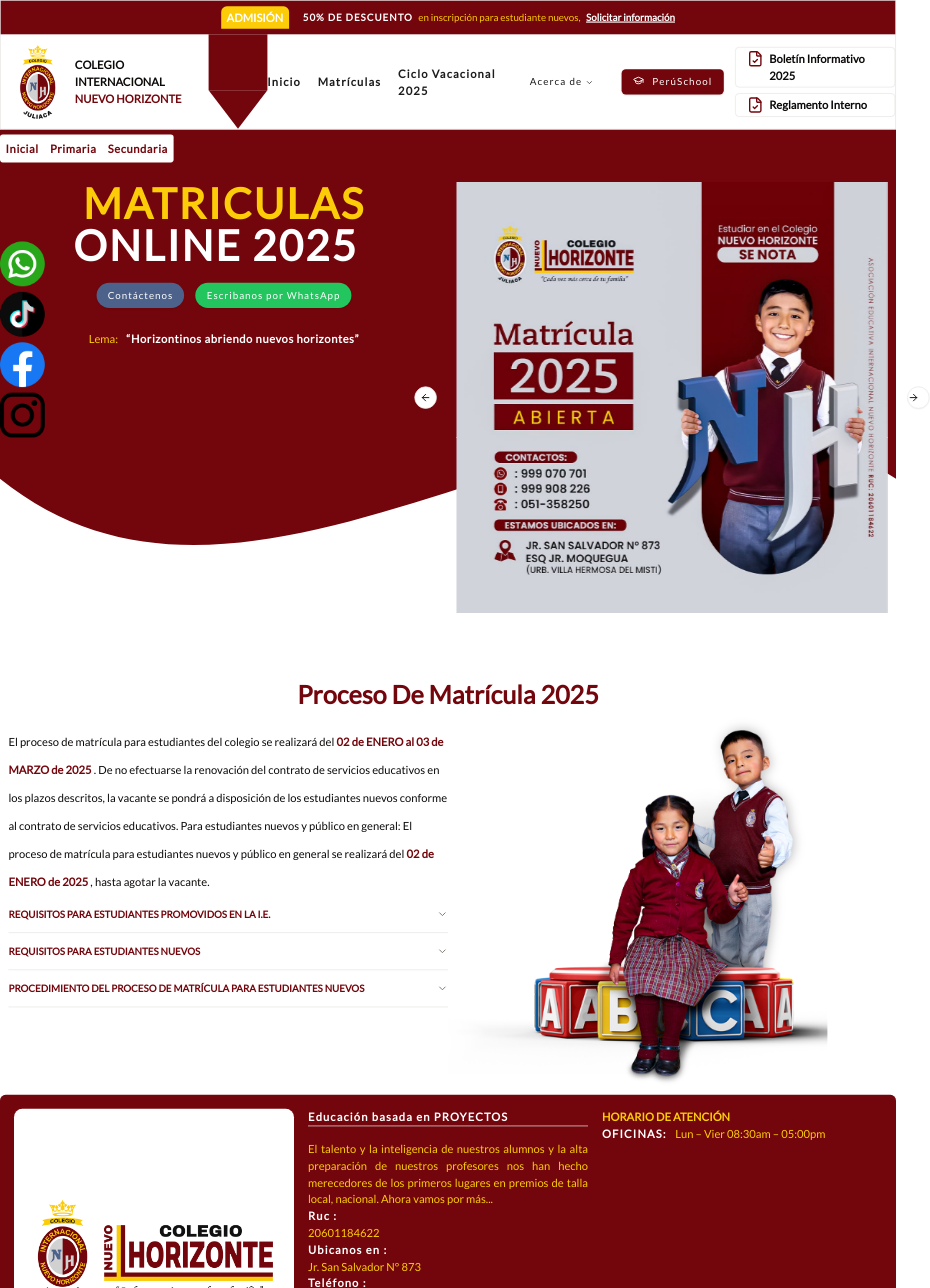
Repository: jefrydep/new_horizont_school
Page: /newstudent
An editor plug-in stored every save of this project. The page is shown before and after the next save, followed by the edit.
The browser window is 1280 px wide. The page is 1328 px wide, so the pictures cover 1328 px, including what lies to the right of the window. The pictures show the part of the page from y = 0 to 1840 px (the page is 2044 px tall before and 2624 px after), at 70% of full size.
The project was rebuilt for these pictures with package versions that can differ from the ones it lists, and the page was loaded fresh each time. The framework's server and built-in components were replaced by stand-ins that run in the browser. Also part of the build but not shown: next.config.ts.

Above is the page before, as saved 2024-11-28 21:24:54.

### src/app/layout.tsx
import type { Metadata } from "next";
import "./globals.css";
import Navbar from "@/components/Navbar";
import Footer from "@/components/Footer";


import { Lato } from 'next/font/google'

const lato = Lato({
  weight: '400',
  subsets: ['latin'],
  display: 'swap',
})

export const metadata: Metadata = {
  title: "COLEGIO INTERNACIONAL NUEVO HORIZONTE - JULIACA",
  description: "el mejor colegio de JULIACA,Colegio internacional nuevo horizonte",
};

export default function RootLayout({
  children,
}: Readonly<{
  children: React.ReactNode;
}>) {
  return (
    <html lang="es">

      <body
        className={` ${lato.className} antialiased `}
      >

        <div className="">
          <Navbar />
        </div>
        <main className="   ">

          {children}
          <div className="flex flex-col fixed  bottom-2     z-50   sm:top-1/2  gap-2">
            <a href="https://wa.me/+51999070701?text=Me%20gustar%C3%ADa%20recibir%20m%C3%A1s%20informaci%C3%B3n%20sobre%20el%20proceso%20de%20matr%C3%ADcula,%20requisitos%20y%20fechas%20importantes.%20Agradecer%C3%ADa%20su%20orientaci%C3%B3n%20para%20poder%20completar%20mi%20inscripci%C3%B3n%20de%20manera%20adecuada.%0A%0AQuedo%20atento%20a%20su%20respuesta.%0A%0ASaludos%20cordiales,%0A" target="_blank">
              {/* Solicitar información */}
              <img src="/whatsapp.png" alt="" className=" animate-bounce h-11  sm:h-16" />
            </a>

            <a href="https://www.tiktok.com/@colegionuevohorizonte" target="_blank">
              {/* Solicitar información */}
              <img src="/tik-tok.png" alt="" className=" animate-bounce h-11  sm:h-16 " />
            </a>
            <a href="https://www.facebook.com/internuevohorizonte  " target="_blank">
              {/* Solicitar información */}
              <img src="/facebook.png" alt="" className=" animate-bounce h-11  sm:h-16 " />
            </a>
            <a href="https://www.instagram.com/colegionuevohorizontejuliaca" target="_blank">
              {/* Solicitar información */}
              <img src="/instagram.png" alt="" className=" animate-bounce h-11  sm:h-16" />
            </a>
          </div>
        </main>
        <Footer />
      </body>
    </html>
  );
}

### src/app/newstudent/page.tsx
import Hero from "@/components/Hero";
import RegisterCard from "@/components/RegisterCard";

import Form from "@/components/Form";


export default function NewStudentPage() {
  return (
    <div>
        <Hero colorWave="#fff" title="MATRICULAS" subtitle="ONLINE 2025"  />
        <RegisterCard title="Proceso De Matrícula 2025"/>
    </div>
  )
}

### src/app/globals.css
@tailwind base;
@tailwind components;
@tailwind utilities;

body {
  font-family: Arial, Helvetica, sans-serif;
}

@layer base {
  :root {
    --background: 0 0% 100%;
    --foreground: 20 14.3% 4.1%;
    --card: 0 0% 100%;
    --card-foreground: 20 14.3% 4.1%;
    --popover: 0 0% 100%;
    --popover-foreground: 20 14.3% 4.1%;
    --primary: 24 9.8% 10%;
    --primary-foreground: 60 9.1% 97.8%;
    --secondary: 60 4.8% 95.9%;
    --secondary-foreground: 24 9.8% 10%;
    --muted: 60 4.8% 95.9%;
    --muted-foreground: 25 5.3% 44.7%;
    --accent: 60 4.8% 95.9%;
    --accent-foreground: 24 9.8% 10%;
    --destructive: 0 84.2% 60.2%;
    --destructive-foreground: 60 9.1% 97.8%;
    --border: 20 5.9% 90%;
    --input: 20 5.9% 90%;
    --ring: 20 14.3% 4.1%;
    --chart-1: 12 76% 61%;
    --chart-2: 173 58% 39%;
    --chart-3: 197 37% 24%;
    --chart-4: 43 74% 66%;
    --chart-5: 27 87% 67%;
    --radius: 0.5rem;
  }
  .dark {
    --background: 20 14.3% 4.1%;
    --foreground: 60 9.1% 97.8%;
    --card: 20 14.3% 4.1%;
    --card-foreground: 60 9.1% 97.8%;
    --popover: 20 14.3% 4.1%;
    --popover-foreground: 60 9.1% 97.8%;
    --primary: 60 9.1% 97.8%;
    --primary-foreground: 24 9.8% 10%;
    --secondary: 12 6.5% 15.1%;
    --secondary-foreground: 60 9.1% 97.8%;
    --muted: 12 6.5% 15.1%;
    --muted-foreground: 24 5.4% 63.9%;
    --accent: 12 6.5% 15.1%;
    --accent-foreground: 60 9.1% 97.8%;
    --destructive: 0 62.8% 30.6%;
    --destructive-foreground: 60 9.1% 97.8%;
    --border: 12 6.5% 15.1%;
    --input: 12 6.5% 15.1%;
    --ring: 24 5.7% 82.9%;
    --chart-1: 220 70% 50%;
    --chart-2: 160 60% 45%;
    --chart-3: 30 80% 55%;
    --chart-4: 280 65% 60%;
    --chart-5: 340 75% 55%;
  }
}

@layer base {
  * {
    @apply border-border;
  }
  body {
    @apply bg-background text-foreground;
  }
}
@keyframes slideDown {
  0% {
    transform: translateY(-20px);
    opacity: 0;
  }
  100% {
    transform: translateY(0);
    opacity: 1;
  }
}

.animate-slide-down {
  animation: slideDown 1s ease-out forwards;
}

/* Animación con retraso para un efecto de secuencia */
.animate-slide-down-delay-1 {
  animation: slideDown 1s ease-out forwards;
  animation-delay: 0.3s; /* Retraso para el primer texto */
}

.animate-slide-down-delay-2 {
  animation: slideDown 1s ease-out forwards;
  animation-delay: 0.6s; /* Retraso para el segundo texto */
}

### src/components/Footer.tsx

export default function Footer() {
    return (
        <div className=" bg-title rounded-t-lg pb-2 ">
            <footer className="container m-auto ">

                <div className="grid p-4 sm:p-5  sm:grid-cols-3 gap-5">
                    <div className="text-subtitle flex justify-center sm:block bg-white rounded-xl font-bold">


                        <img src="/LOGO.png" alt="Logo nuevo horizonte" className="   " />

                    </div>
                    <div>
                        <span className="text-white font-bold tracking-widest">

                            Educación basada en  PROYECTOS
                        </span>
                        <hr />
                        <div>
                            <p className="text-justify mt-5 text-subtitle">
                                El talento y la inteligencia de nuestros alumnos y la alta preparación de nuestros profesores nos han hecho merecedores de los primeros lugares en premios de talla local, nacional. Ahora vamos por más...
                            </p>
                        </div>
                        <div>
                            <div className="text-white font-bold tracking-widest">


                                Ruc :
                            </div>
                            <div>
                                <span className="text-subtitle">20601184622</span>

                            </div>
                            <div className="text-white font-bold tracking-widest">


                                Ubicanos en :
                            </div>
                            <div>
                                <span className="text-subtitle">Jr. San Salvador N° 873</span>

                            </div>
                            <div className="text-white font-bold tracking-widest">


                                Teléfono :
                            </div>
                            <div className="text-subtitle">
                                <span>051-358250</span>

                            </div>
                            <div className="text-white font-bold tracking-widest">


                                WhatsApp :
                            </div>
                            <div className="text-subtitle">
                                <span>999070701</span>

                            </div>
                            <div className="text-white font-bold tracking-widest">


                                Correo :
                            </div>
                            <div className="text-subtitle">
                                <span> colegionuevohorizontejuliaca@gmail.com</span>

                            </div>

                        </div>
                    </div>

                    <div>
                        <h6 className="text-subtitle font-bold">HORARIO DE ATENCIÓN</h6>
                        <div>
                            <span className="text-white mr-3 font-bold tracking-widest">

                                OFICINAS:
                            </span>
                            <span className="text-subtitle">
                                Lun – Vier         08:30am – 05:00pm
                            </span>
                        </div>

                    </div>
                </div>
                <div className="text-center text-gray-100 text-xs mt-4" >
                    <span className="">
                        © 2025 Todos los derechos reservados. Design by jefrysoftdev@gmail.com
                    </span>
                </div>
            </footer>
        </div>
    )
}

### src/components/ui/button.tsx
import * as React from "react"
import { Slot } from "@radix-ui/react-slot"
import { cva, type VariantProps } from "class-variance-authority"

import { cn } from "@/lib/utils"

const buttonVariants = cva(
  "inline-flex items-center justify-center gap-2 whitespace-nowrap rounded-md text-sm font-medium transition-colors focus-visible:outline-none focus-visible:ring-1 focus-visible:ring-ring disabled:pointer-events-none disabled:opacity-50 [&_svg]:pointer-events-none [&_svg]:size-4 [&_svg]:shrink-0",
  {
    variants: {
      variant: {
        default:
          "bg-primary text-primary-foreground shadow hover:bg-primary/90",
        destructive:
          "bg-destructive text-destructive-foreground shadow-sm hover:bg-destructive/90",
        outline:
          "border border-input bg-background shadow-sm hover:bg-accent hover:text-accent-foreground",
        secondary:
          "bg-secondary text-secondary-foreground shadow-sm hover:bg-secondary/80",
        ghost: "hover:bg-accent hover:text-accent-foreground",
        link: "text-primary underline-offset-4 hover:underline",
      },
      size: {
        default: "h-9 px-4 py-2",
        sm: "h-8 rounded-md px-3 text-xs",
        lg: "h-10 rounded-md px-8",
        icon: "h-9 w-9",
      },
    },
    defaultVariants: {
      variant: "default",
      size: "default",
    },
  }
)

export interface ButtonProps
  extends React.ButtonHTMLAttributes<HTMLButtonElement>,
    VariantProps<typeof buttonVariants> {
  asChild?: boolean
}

const Button = React.forwardRef<HTMLButtonElement, ButtonProps>(
  ({ className, variant, size, asChild = false, ...props }, ref) => {
    const Comp = asChild ? Slot : "button"
    return (
      <Comp
        className={cn(buttonVariants({ variant, size, className }))}
        ref={ref}
        {...props}
      />
    )
  }
)
Button.displayName = "Button"

export { Button, buttonVariants }

### src/components/ui/sheet.tsx
"use client"

import * as React from "react"
import * as SheetPrimitive from "@radix-ui/react-dialog"
import { cva, type VariantProps } from "class-variance-authority"
import { X } from "lucide-react"

import { cn } from "@/lib/utils"

const Sheet = SheetPrimitive.Root

const SheetTrigger = SheetPrimitive.Trigger

const SheetClose = SheetPrimitive.Close

const SheetPortal = SheetPrimitive.Portal

const SheetOverlay = React.forwardRef<
  React.ElementRef<typeof SheetPrimitive.Overlay>,
  React.ComponentPropsWithoutRef<typeof SheetPrimitive.Overlay>
>(({ className, ...props }, ref) => (
  <SheetPrimitive.Overlay
    className={cn(
      "fixed inset-0 z-50 bg-black/80  data-[state=open]:animate-in data-[state=closed]:animate-out data-[state=closed]:fade-out-0 data-[state=open]:fade-in-0",
      className
    )}
    {...props}
    ref={ref}
  />
))
SheetOverlay.displayName = SheetPrimitive.Overlay.displayName

const sheetVariants = cva(
  "fixed z-50 gap-4 bg-background p-6 shadow-lg transition ease-in-out data-[state=closed]:duration-300 data-[state=open]:duration-500 data-[state=open]:animate-in data-[state=closed]:animate-out",
  {
    variants: {
      side: {
        top: "inset-x-0 top-0 border-b data-[state=closed]:slide-out-to-top data-[state=open]:slide-in-from-top",
        bottom:
          "inset-x-0 bottom-0 border-t data-[state=closed]:slide-out-to-bottom data-[state=open]:slide-in-from-bottom",
        left: "inset-y-0 left-0 h-full w-3/4 border-r data-[state=closed]:slide-out-to-left data-[state=open]:slide-in-from-left sm:max-w-sm",
        right:
          "inset-y-0 right-0 h-full w-3/4 border-l data-[state=closed]:slide-out-to-right data-[state=open]:slide-in-from-right sm:max-w-sm",
      },
    },
    defaultVariants: {
      side: "right",
    },
  }
)

interface SheetContentProps
  extends React.ComponentPropsWithoutRef<typeof SheetPrimitive.Content>,
    VariantProps<typeof sheetVariants> {}

const SheetContent = React.forwardRef<
  React.ElementRef<typeof SheetPrimitive.Content>,
  SheetContentProps
>(({ side = "right", className, children, ...props }, ref) => (
  <SheetPortal>
    <SheetOverlay />
    <SheetPrimitive.Content
      ref={ref}
      className={cn(sheetVariants({ side }), className)}
      {...props}
    >
      <SheetPrimitive.Close className="absolute right-4 top-4 rounded-sm opacity-70 ring-offset-background transition-opacity hover:opacity-100 focus:outline-none focus:ring-2 focus:ring-ring focus:ring-offset-2 disabled:pointer-events-none data-[state=open]:bg-secondary">
        <X className="h-4 w-4" />
        <span className="sr-only">Close</span>
      </SheetPrimitive.Close>
      {children}
    </SheetPrimitive.Content>
  </SheetPortal>
))
SheetContent.displayName = SheetPrimitive.Content.displayName

const SheetHeader = ({
  className,
  ...props
}: React.HTMLAttributes<HTMLDivElement>) => (
  <div
    className={cn(
      "flex flex-col space-y-2 text-center sm:text-left",
      className
    )}
    {...props}
  />
)
SheetHeader.displayName = "SheetHeader"

const SheetFooter = ({
  className,
  ...props
}: React.HTMLAttributes<HTMLDivElement>) => (
  <div
    className={cn(
      "flex flex-col-reverse sm:flex-row sm:justify-end sm:space-x-2",
      className
    )}
    {...props}
  />
)
SheetFooter.displayName = "SheetFooter"

const SheetTitle = React.forwardRef<
  React.ElementRef<typeof SheetPrimitive.Title>,
  React.ComponentPropsWithoutRef<typeof SheetPrimitive.Title>
>(({ className, ...props }, ref) => (
  <SheetPrimitive.Title
    ref={ref}
    className={cn("text-lg font-semibold text-foreground", className)}
    {...props}
  />
))
SheetTitle.displayName = SheetPrimitive.Title.displayName

const SheetDescription = React.forwardRef<
  React.ElementRef<typeof SheetPrimitive.Description>,
  React.ComponentPropsWithoutRef<typeof SheetPrimitive.Description>
>(({ className, ...props }, ref) => (
  <SheetPrimitive.Description
    ref={ref}
    className={cn("text-sm text-muted-foreground", className)}
    {...props}
  />
))
SheetDescription.displayName = SheetPrimitive.Description.displayName

export {
  Sheet,
  SheetPortal,
  SheetOverlay,
  SheetTrigger,
  SheetClose,
  SheetContent,
  SheetHeader,
  SheetFooter,
  SheetTitle,
  SheetDescription,
}

### src/components/ui/accordion.tsx
"use client"

import * as React from "react"
import * as AccordionPrimitive from "@radix-ui/react-accordion"
import { ChevronDown } from "lucide-react"

import { cn } from "@/lib/utils"

const Accordion = AccordionPrimitive.Root

const AccordionItem = React.forwardRef<
  React.ElementRef<typeof AccordionPrimitive.Item>,
  React.ComponentPropsWithoutRef<typeof AccordionPrimitive.Item>
>(({ className, ...props }, ref) => (
  <AccordionPrimitive.Item
    ref={ref}
    className={cn("border-b", className)}
    {...props}
  />
))
AccordionItem.displayName = "AccordionItem"

const AccordionTrigger = React.forwardRef<
  React.ElementRef<typeof AccordionPrimitive.Trigger>,
  React.ComponentPropsWithoutRef<typeof AccordionPrimitive.Trigger>
>(({ className, children, ...props }, ref) => (
  <AccordionPrimitive.Header className="flex">
    <AccordionPrimitive.Trigger
      ref={ref}
      className={cn(
        "flex flex-1 items-center justify-between py-4 text-sm font-medium transition-all hover:underline text-left [&[data-state=open]>svg]:rotate-180",
        className
      )}
      {...props}
    >
      {children}
      <ChevronDown className="h-4 w-4 shrink-0 text-muted-foreground transition-transform duration-200" />
    </AccordionPrimitive.Trigger>
  </AccordionPrimitive.Header>
))
AccordionTrigger.displayName = AccordionPrimitive.Trigger.displayName

const AccordionContent = React.forwardRef<
  React.ElementRef<typeof AccordionPrimitive.Content>,
  React.ComponentPropsWithoutRef<typeof AccordionPrimitive.Content>
>(({ className, children, ...props }, ref) => (
  <AccordionPrimitive.Content
    ref={ref}
    className="overflow-hidden text-sm data-[state=closed]:animate-accordion-up data-[state=open]:animate-accordion-down"
    {...props}
  >
    <div className={cn("pb-4 pt-0", className)}>{children}</div>
  </AccordionPrimitive.Content>
))
AccordionContent.displayName = AccordionPrimitive.Content.displayName

export { Accordion, AccordionItem, AccordionTrigger, AccordionContent }

### tailwind.config.ts
import type { Config } from "tailwindcss";

export default {
	darkMode: ["class"],
	content: [
		"./src/pages/**/*.{js,ts,jsx,tsx,mdx}",
		"./src/components/**/*.{js,ts,jsx,tsx,mdx}",
		"./src/app/**/*.{js,ts,jsx,tsx,mdx}",
	],
	theme: {
    	extend: {
    		colors: {
    			background: 'hsl(var(--background))',
    			foreground: 'hsl(var(--foreground))',
    			card: {
    				DEFAULT: 'hsl(var(--card))',
    				foreground: 'hsl(var(--card-foreground))'
    			},
    			popover: {
    				DEFAULT: 'hsl(var(--popover))',
    				foreground: 'hsl(var(--popover-foreground))'
    			},
    			primary: {
    				DEFAULT: '#4c628a'
    			},
    			secondary: {
    				DEFAULT: '#1c1c1c'
    			},
    			backgroundGray: {
    				DEFAULT: '#d1d1d1'
    			},
				title:{
					DEFAULT:"#73060C"
				},
				subtitle:{
					DEFAULT:"#fbcc07"
				},
    			muted: {
    				DEFAULT: 'hsl(var(--muted))',
    				foreground: 'hsl(var(--muted-foreground))'
    			},
    			accent: {
    				DEFAULT: 'hsl(var(--accent))',
    				foreground: 'hsl(var(--accent-foreground))'
    			},
    			destructive: {
    				DEFAULT: 'hsl(var(--destructive))',
    				foreground: 'hsl(var(--destructive-foreground))'
    			},
    			border: 'hsl(var(--border))',
    			input: 'hsl(var(--input))',
    			ring: 'hsl(var(--ring))',
    			chart: {
    				'1': 'hsl(var(--chart-1))',
    				'2': 'hsl(var(--chart-2))',
    				'3': 'hsl(var(--chart-3))',
    				'4': 'hsl(var(--chart-4))',
    				'5': 'hsl(var(--chart-5))'
    			}
    		},
    		borderRadius: {
    			lg: 'var(--radius)',
    			md: 'calc(var(--radius) - 2px)',
    			sm: 'calc(var(--radius) - 4px)'
    		},
    		keyframes: {
    			'accordion-down': {
    				from: {
    					height: '0'
    				},
    				to: {
    					height: 'var(--radix-accordion-content-height)'
    				}
    			},
    			'accordion-up': {
    				from: {
    					height: 'var(--radix-accordion-content-height)'
    				},
    				to: {
    					height: '0'
    				}
    			}
    		},
    		animation: {
    			'accordion-down': 'accordion-down 0.2s ease-out',
    			'accordion-up': 'accordion-up 0.2s ease-out'
    		}
    	}
    },
	plugins: [require("tailwindcss-animate")],
} satisfies Config;

### src/components/ui/textarea.tsx
import * as React from "react"

import { cn } from "@/lib/utils"

const Textarea = React.forwardRef<
  HTMLTextAreaElement,
  React.ComponentProps<"textarea">
>(({ className, ...props }, ref) => {
  return (
    <textarea
      className={cn(
        "flex min-h-[60px] w-full rounded-md border border-gray-600 bg-transparent px-3 py-2 text-base shadow-sm placeholder:text-muted-foreground focus-visible:outline-none focus-visible:ring-1 focus-visible:ring-ring disabled:cursor-not-allowed disabled:opacity-50 md:text-sm",
        className
      )}
      ref={ref}
      {...props}
    />
  )
})
Textarea.displayName = "Textarea"

export { Textarea }

### src/components/ui/input.tsx
import * as React from "react"

import { cn } from "@/lib/utils"

const Input = React.forwardRef<HTMLInputElement, React.ComponentProps<"input">>(
  ({ className, type, ...props }, ref) => {
    return (
      <input
        type={type}
        className={cn(
          "flex h-9 w-full rounded-md border  border-gray-600 bg-transparent  px-3 py-1 text-base shadow-sm transition-colors file:border-0 file:bg-transparent file:text-sm file:font-medium file:text-foreground placeholder:text-muted-foreground focus-visible:outline-none focus-visible:ring-1 focus-visible:ring-ring disabled:cursor-not-allowed disabled:opacity-50 md:text-sm",
          className
        )}
        ref={ref}
        {...props}
      />
    )
  }
)
Input.displayName = "Input"

export { Input }

Loaded but not shown: src/lib/utils.ts (common file); src/app/data/data.ts (459 lines, source omitted); src/components/Navbar.tsx (292 lines, source omitted); src/components/RegisterCard.tsx (178 lines, source omitted); src/components/ui/carousel.tsx (262 lines, source omitted); src/components/Hero.tsx (158 lines, source omitted); src/components/ui/navigation-menu.tsx (128 lines, source omitted); src/components/Form.tsx (155 lines, source omitted)

After the next save:
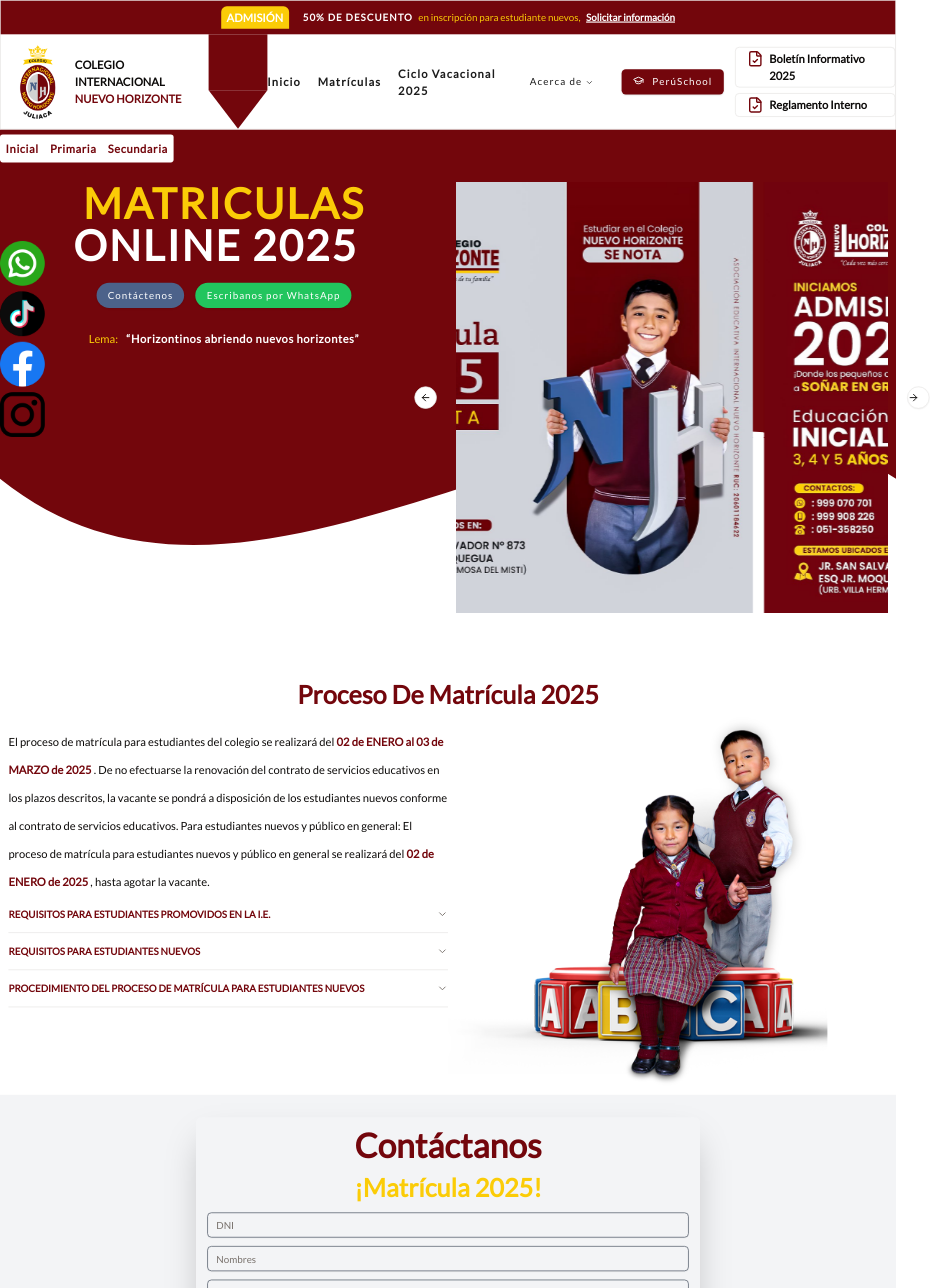
Saved 8 s later.
--- a/src/app/newstudent/page.tsx
+++ b/src/app/newstudent/page.tsx
@@ -9,6 +9,7 @@ export default function NewStudentPage() {
     <div>
         <Hero colorWave="#fff" title="MATRICULAS" subtitle="ONLINE 2025"  />
         <RegisterCard title="Proceso De Matrícula 2025"/>
+        <Form/>
     </div>
   )
 }
